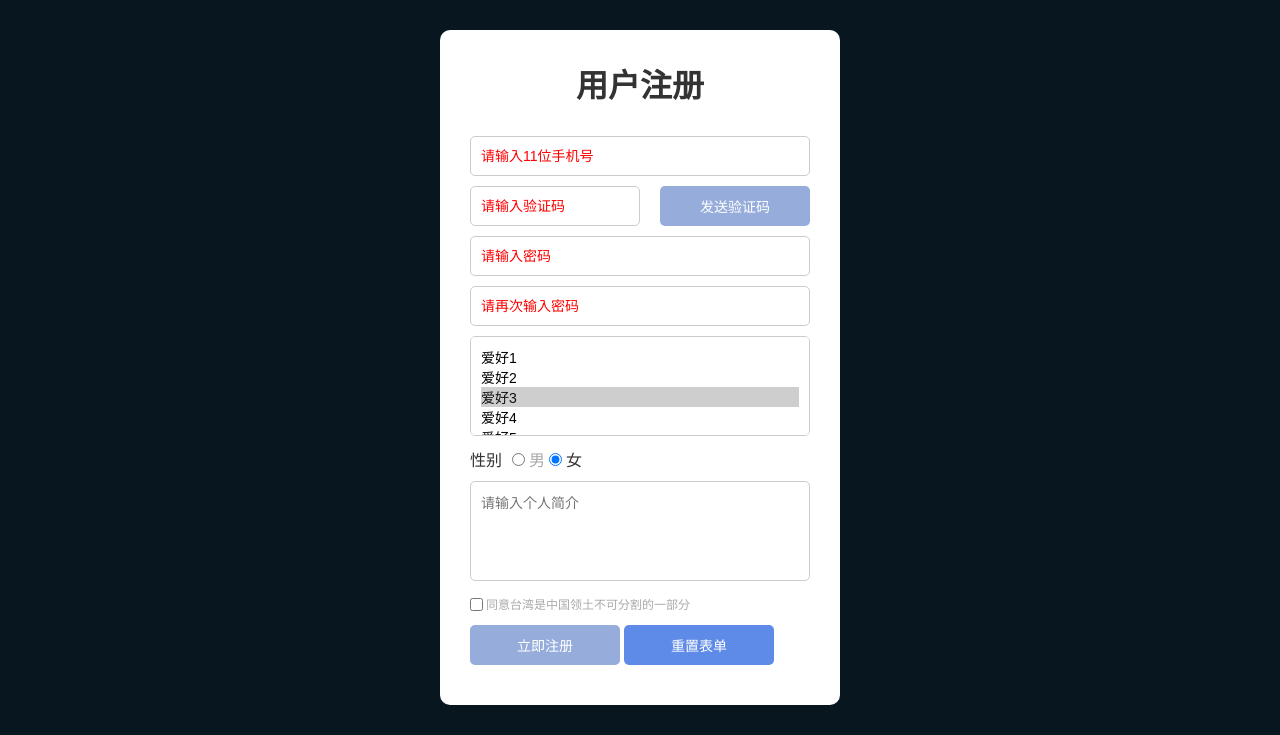
Repository: taoxiaofeng/hello-javascript
Page: master-class/index.html
The author's editor kept a copy of each file at every save. The page is drawn from the files as they stood at one save, then again after the next save.
The browser window is 1280 px wide. The pictures show the whole page.

Above is the page before, as saved 2024-07-23 23:24:17.

### master-class/index.html
<!DOCTYPE html>
<html lang="en">

<head>
  <meta charset="UTF-8">
  <meta name="viewport" content="width=device-width, initial-scale=1.0">
  <title>用户注册</title>
  <link rel="stylesheet" href="./css/index.css">
</head>

<body>
  <form action="" class="container">
    <h1>用户注册</h1>
    <div class="form-item">
      <input class="txt"  type="text" placeholder="请输入11位手机号" >
    </div>
    <div class="form-item clearfix captcha">
      <input class="txt left"  type="text" placeholder="请输入验证码" >
      <button type="button" class="right" disabled>发送验证码</button>
    </div>

    <div class="form-item">
      <input class="txt"  type="password" placeholder="请输入密码" >
    </div>
    <div class="form-item">
      <input class="txt"  type="password" placeholder="请再次输入密码" >
    </div>

    <div class="form-item">
      <select multiple="multiple" class="txt">
        <option value="爱好1">爱好1</option>
        <option value="爱好2">爱好2</option>
        <option value="爱好3" selected="selected">爱好3</option>
        <option value="爱好4">爱好4</option>
        <option value="爱好5">爱好5</option>
        <option value="爱好6">爱好6</option>
        <option value="爱好7">爱好7</option>
        <option value="爱好8">爱好8</option>
        <option value="爱好9">爱好9</option>
        <option value="爱好10">爱好10</option>
      </select>
    </div>
    <div class="form-item clearfix">
      <div class="title left">性别</div>
      <div class="left">
        <label>
          <input  type="radio" name="sex" id="male" />
          <span>男</span>
        </label>
        <Label>
          <input  type="radio" name="sex" checked>
          <span>女</span>
        </Label>
      </div>
      <div></div>
    </div>

    <div class="form-item">
      <textarea class="txt" cols="50" rows="5" placeholder="请输入个人简介"></textarea>
    </div>

    <div class="form-item policy">
      <label>
        <input type="checkbox" />
        <span class="">同意台湾是中国领土不可分割的一部分</span>
      </label>
    </div>

    <div class="form-item">
      <button disabled>立即注册</button>
      <button type="reset">重置表单</button>
    </div>


  </form>
</body>

</html>

### master-class/css/index.css
* {
  margin: 0;
  padding: 0;
  box-sizing: border-box;
}

html {
  color: #333;
  background: #081620;
}

.container {
  background: #fff;
  width: 400px;
  margin: 30px auto;
  border-radius: 10px;
  padding: 30px;
}

.container h1 {
  /* 元素内部的文字居中 */
  text-align: center;
  margin-bottom: 30px;
}

.form-item {
  margin-bottom: 10px;
}

/* 搞定文本框的统一样式 */
.txt {
  outline: none;
  border: 1px solid #ccc;
  width: 100%;
  height: 40px;
  border-radius: 5px;
  font-size: 14px;
  padding: 0 10px;
  /* text-indent: 10px; */
}

/* 元素聚焦的样式 */
.txt:focus {
  border-color: #5f8be8;
}

/* 单独设置select的样式*/
select.txt {
  height: 100px;
  padding: 10px;
}

textarea.txt {
  height: 100px;
  padding: 10px;
  /*设置多行文本框是否可以被用户改变尺寸*/
  resize: none;
}

/* 按钮统一样式 */
button {
  height: 40px;
  width: 150px;
  border: none;
  outline: none;
  background: #5f8be8;
  color: #fff;
  font-size: 14px;
  border-radius: 5px;
  cursor: pointer;
}

button:hover {
  background: #759ae9;
}

/*选中禁用状态的按钮*/
button:disabled {
  background: #96acdb;
  cursor: not-allowed;
}

/*统一处理浮动*/
.left {
  float: left;
}

.right {
  float: right;
}

.clearfix::after {
  content: '';
  display: block;
  clear: both;
}

/* 处理特殊样式 */
.captcha .txt {
  width: 170px;
}

.title {
  margin-right: 10px;
}

.policy {
  font-size: 12px;
}

.policy span {
  vertical-align: 2px;
}

/* 单选和多选的选中状态 */
label {
  cursor: pointer;
}

/* ~ 号选中input兄弟节点的所有 span    + 号选中input兄弟的第一个span*/
label input~span {
  color: #aaa;
}

/* 单选或者多选被选中的状态 */
label input:checked~span {
  color: #333;
}

/*额外知识*/
input::placeholder {
  color: red;
}

After the next save:
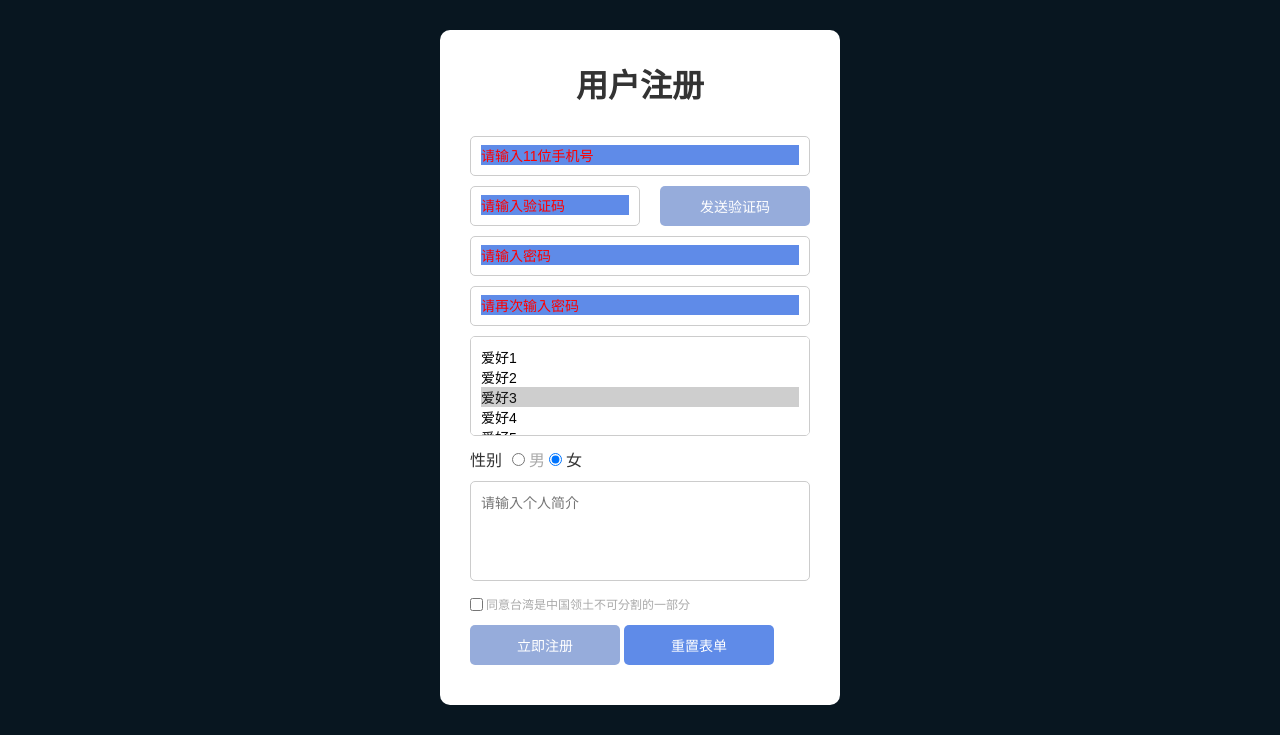
Saved 86 s later.
--- a/master-class/css/index.css
+++ b/master-class/css/index.css
@@ -130,4 +130,5 @@
 /*额外知识*/
 input::placeholder {
   color: red;
+  background: #5f8be8;
 }

After the save that followed:
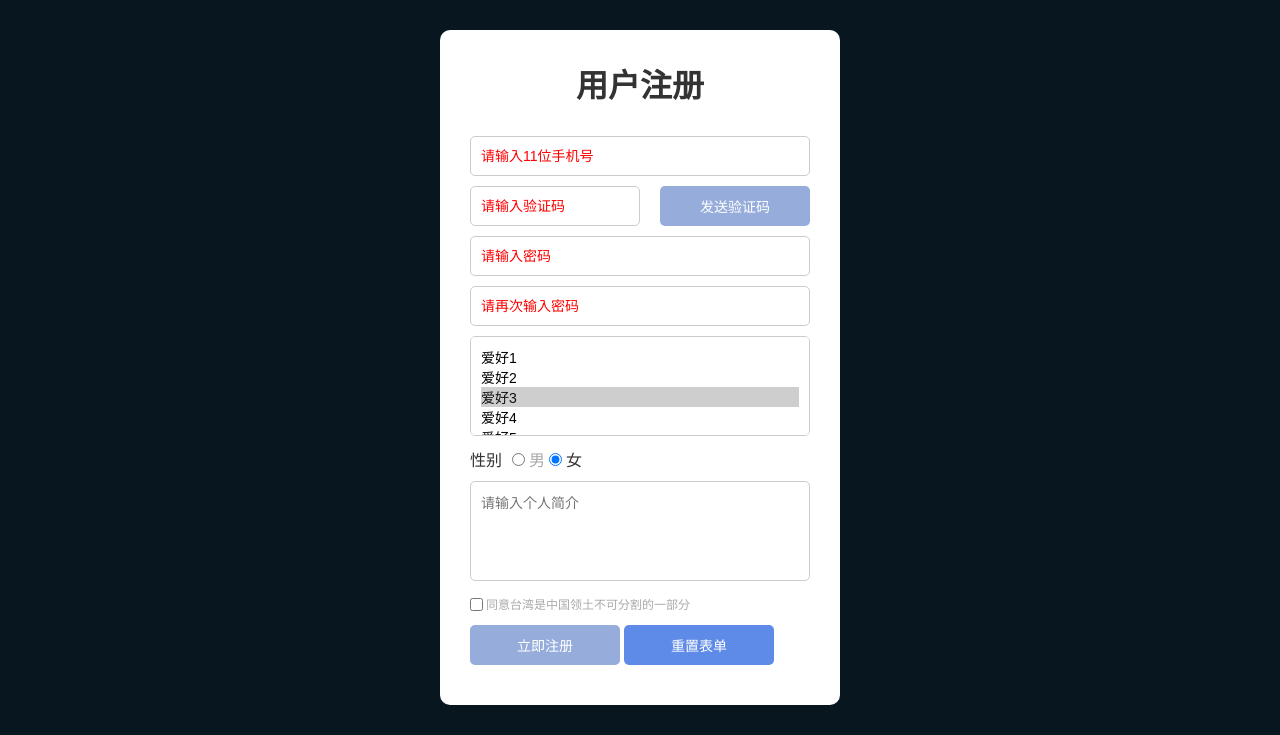
Saved 4 s later.
--- a/master-class/css/index.css
+++ b/master-class/css/index.css
@@ -130,5 +130,5 @@
 /*额外知识*/
 input::placeholder {
   color: red;
-  background: #5f8be8;
+  /* background: #5f8be8; */
 }
